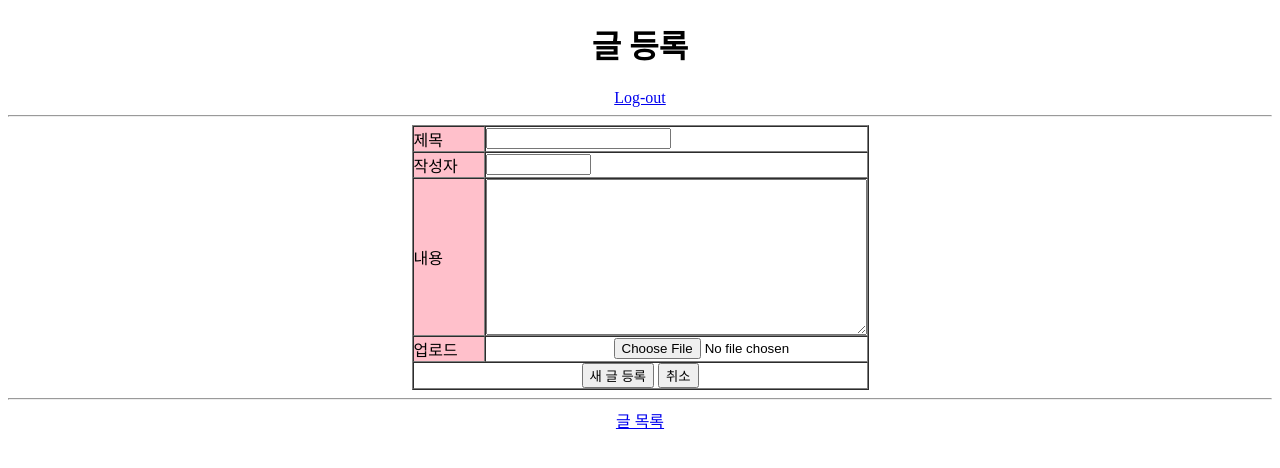
Repository: teeeeeeemo/workspace_spring
Page: http://localhost/BoardWeb/insertBoard.jsp
These files come from the project's save history. The page is drawn as it stood at one moment and after the next save; the edit follows.
The browser window is 1280 px wide. The pictures show the whole page.
The page is served by Tomcat 9. Nobody is signed in. The application's start-up code is not run.

Above is the page before, as saved 2017-01-21 05:33:34.

After the next save:
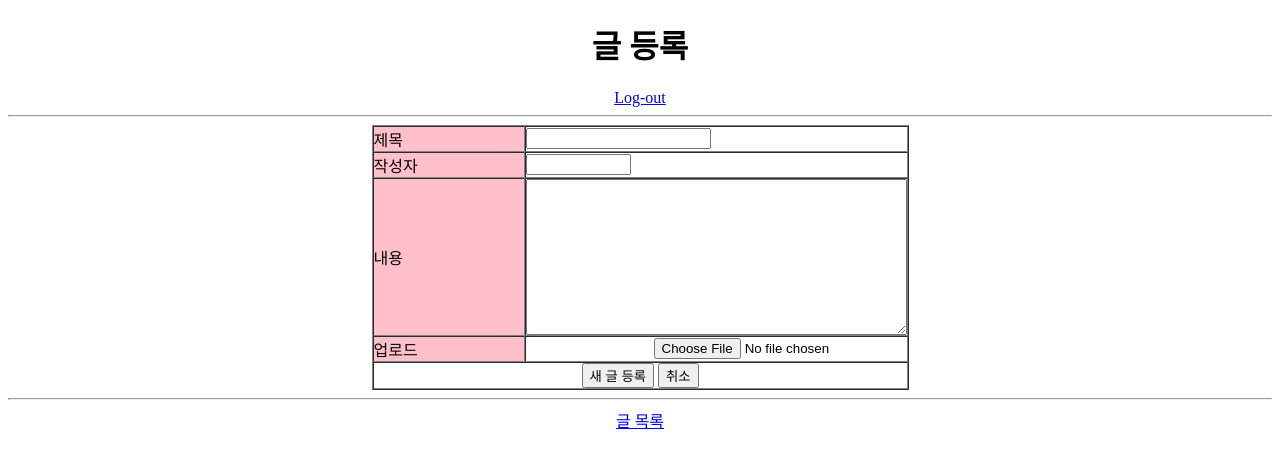
Saved 17 s later.
--- a/BoardWeb/src/main/webapp/insertBoard.jsp
+++ b/BoardWeb/src/main/webapp/insertBoard.jsp
@@ -26,7 +26,7 @@
 		<td align="left"><textarea name="content" cols="45" rows="10"></textarea></td>
 	</tr>
 	<tr>
-		<td bgcolor="pink" width="70">업로드</td>
+		<td bgcolor="pink" width="150">업로드</td>
 		<td align="right" width="150"><input type="file" name="uploadFile"/></td>
 	</tr>
 	<tr>

After the save that followed:
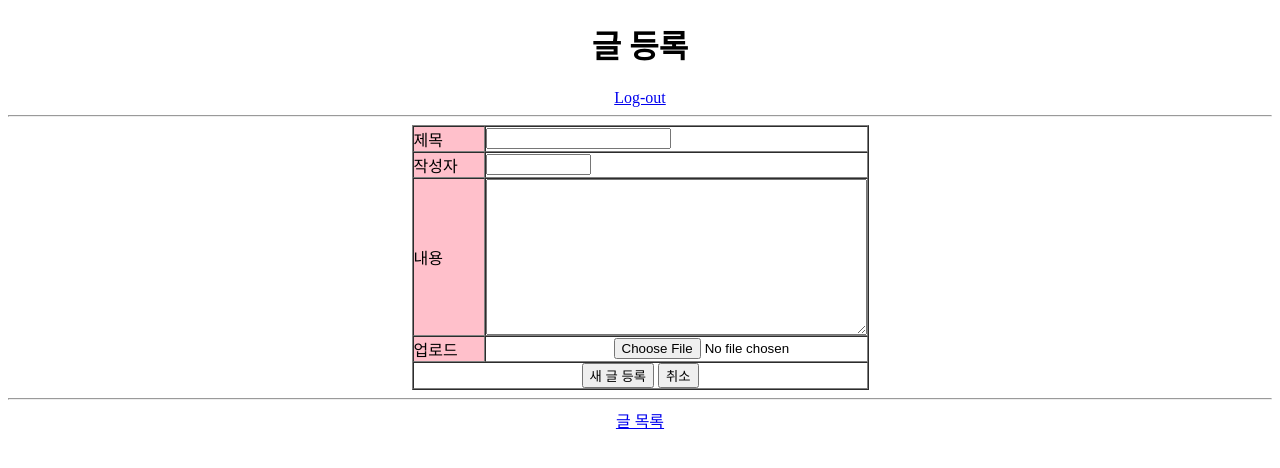
Saved 9 s later.
--- a/BoardWeb/src/main/webapp/insertBoard.jsp
+++ b/BoardWeb/src/main/webapp/insertBoard.jsp
@@ -26,7 +26,7 @@
 		<td align="left"><textarea name="content" cols="45" rows="10"></textarea></td>
 	</tr>
 	<tr>
-		<td bgcolor="pink" width="150">업로드</td>
+		<td bgcolor="pink" width="70">업로드</td>
 		<td align="right" width="150"><input type="file" name="uploadFile"/></td>
 	</tr>
 	<tr>
